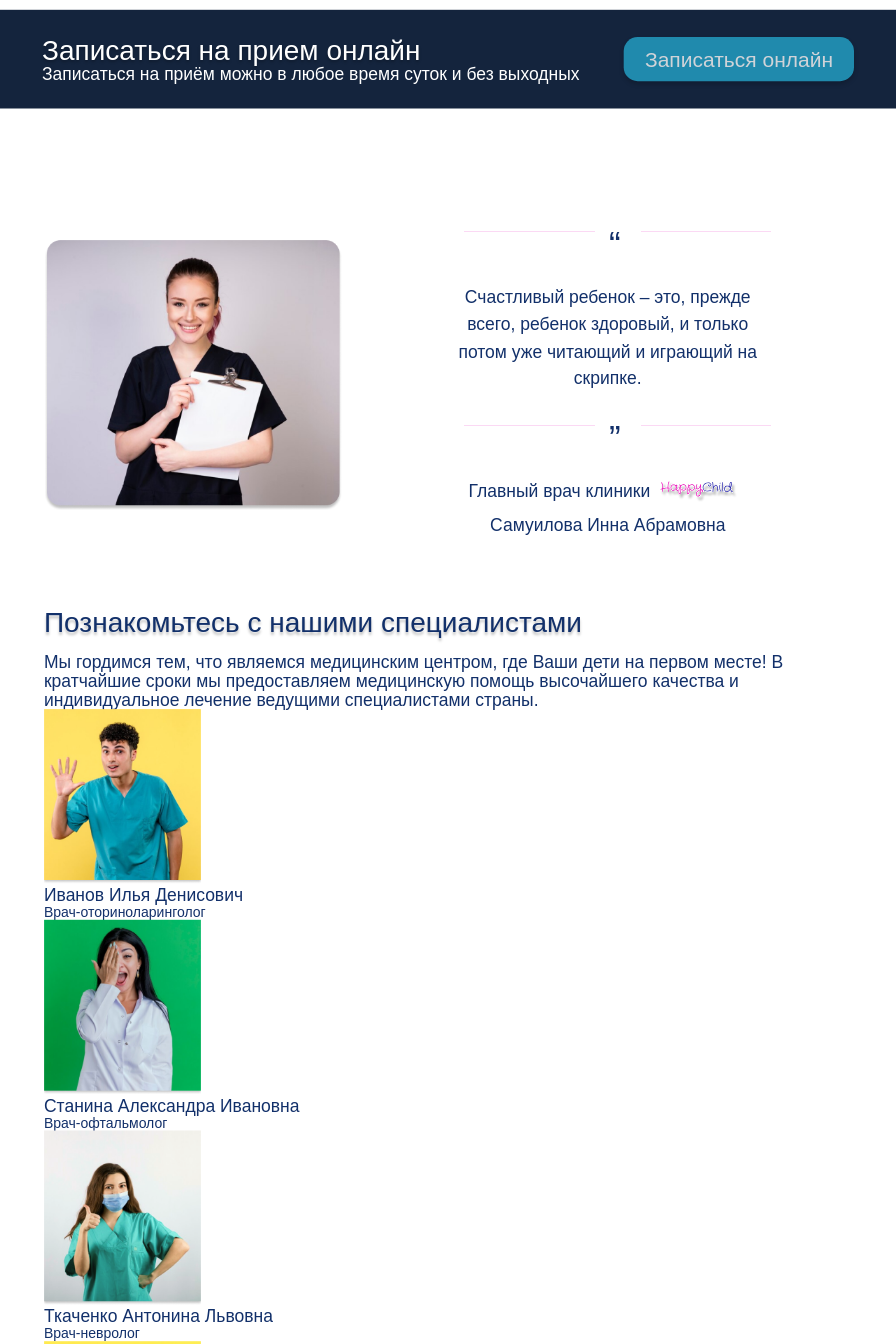
Repository: Normandy72/Landing-Page-Happy-Child
Page: index.html
These files come from the project's save history. The page is drawn as it stood at one moment and after the next save; the edit follows.
The browser window is 1280 px wide. The pictures show the part of the page from y = 2650 to 4570 px (the page is 8578 px tall), at 70% of full size.
Some web fonts or font styles are not loaded; a fallback is used.

Above is the page before, as saved 2022-11-12 18:30:42.

After the next save:
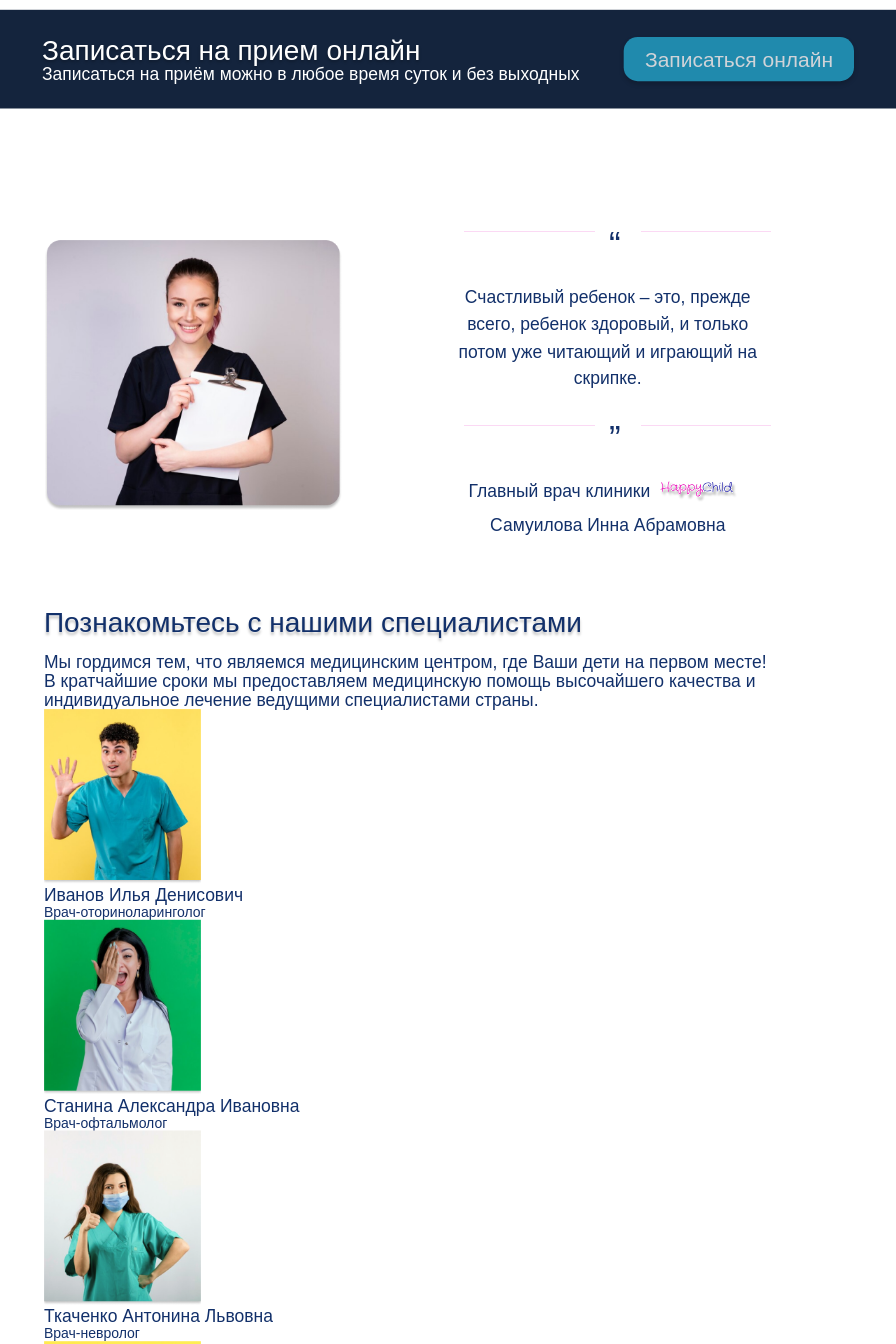
Saved 54 s later.
--- a/index.html
+++ b/index.html
@@ -169,8 +169,8 @@
 
         <section class="wrapper section__doctors">
             <h2>Познакомьтесь с нашими специалистами</h2>
-            <h5>Мы гордимся тем, что являемся медицинским центром, где Ваши дети на первом месте!
-                В кратчайшие сроки мы предоставляем медицинскую помощь высочайшего качества и индивидуальное лечение ведущими специалистами страны. </h5>
+            <h5>Мы гордимся тем, что являемся медицинским центром, где Ваши дети на первом месте!</h5>
+            <h5>В кратчайшие сроки мы предоставляем медицинскую помощь высочайшего качества и индивидуальное лечение ведущими специалистами страны. </h5>
             <div class="doctors__arrays">
                 <div></div>
                 <div></div>
